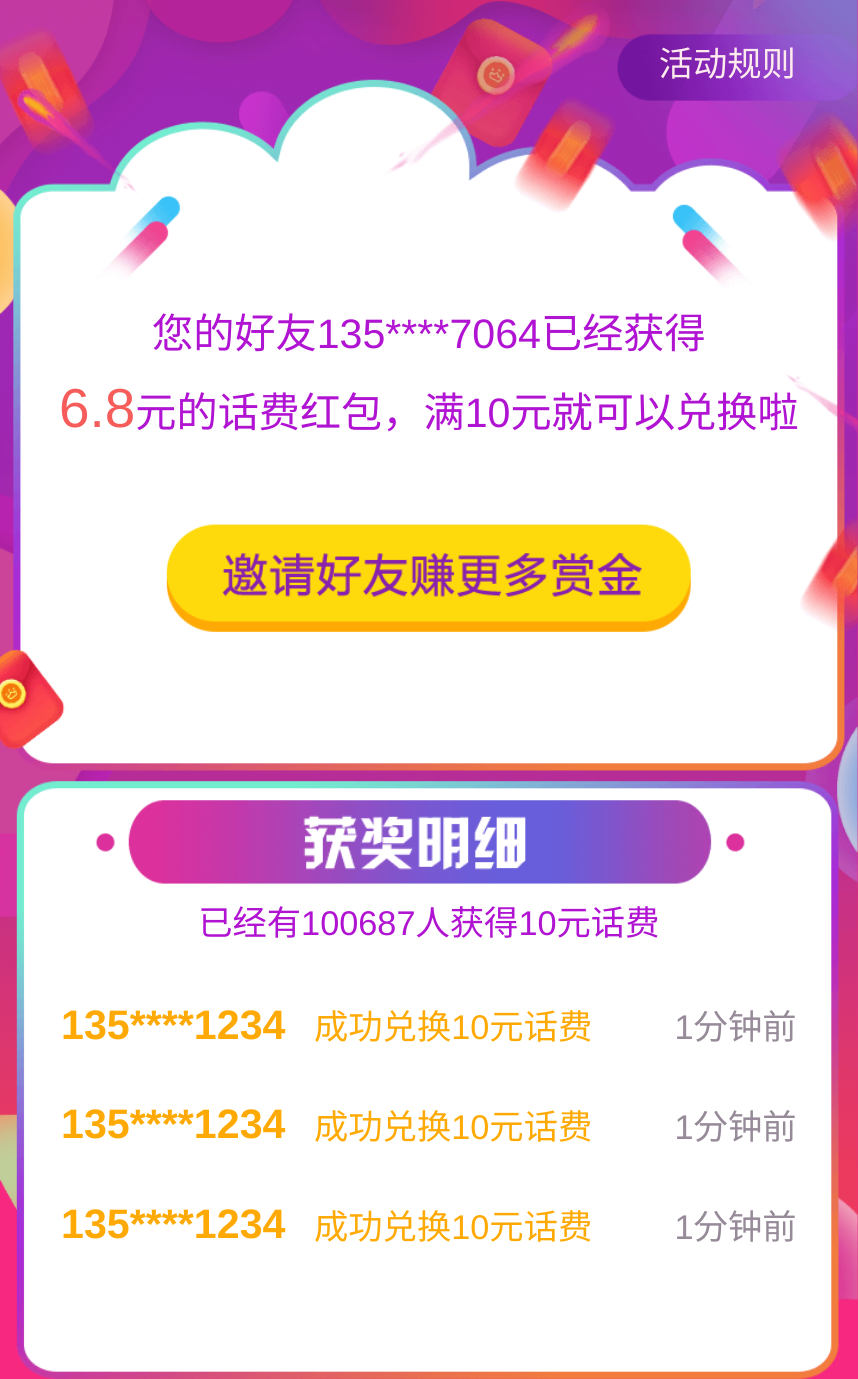
Repository: wangbiaozy/hb
Page: index_hjmx.html
These files come from the project's save history. The page is drawn as it stood at one moment and after the next save; the edit follows.
The browser window is 1280 px wide. The pictures show the whole page, at 67% of full size.

Above is the page before, as saved 2018-08-16 16:32:37.

### index_hjmx.html
<!DOCTYPE html>
<html lang="en">
<head>
    <meta charset="UTF-8">
    <meta name="viewport" content="width=device-width, initial-scale=1.0, maximum-scale=1.0, minimum-scale=1.0, user-scalable=no, viewport-fit=cover">
    <meta http-equiv="X-UA-Compatible" content="ie=edge">
    <title>Document</title>
    <link rel="stylesheet" href="css/reset.min.css">
    <link rel="stylesheet/less" href="css/styles_1.less">
    <script src="js/less-1.7.0.min.js"></script>
</head>
<body>
    <section class="main">
        <a id="rule_btn" href="javascript:void(0)">活动规则</a>
        <!-- 获奖明细页 -->
        <div class="detail">
            <p>您的好友<span>135****7064</span>已经获得<br><i>6.8</i>元的话费红包，满10元就可以兑换啦</p>
            <a href="javascript:void(0)"></a>
            <p>已经有<span>100687</span>人获得10元话费</p>
            <div>
                <ul>
                    <li>
                        <h3>135****1234</h3>
                        <p>成功兑换10元话费</p>
                        <span>1分钟前</span>
                    </li>
                    <li>
                        <h3>135****1234</h3>
                        <p>成功兑换10元话费</p>
                        <span>1分钟前</span>
                    </li>
                    <li>
                        <h3>135****1234</h3>
                        <p>成功兑换10元话费</p>
                        <span>1分钟前</span>
                    </li>
                    <li>
                        <h3>135****1234</h3>
                        <p>成功兑换10元话费</p>
                        <span>1分钟前</span>
                    </li>
                </ul>
            </div>
        </div>
    </section>

    <!-- 活动规则弹窗 -->
    <section class="rule">
        <a href="javascript:void(0)"></a>
        <ul>
            <li>1.活动期间，用户通过10086App开屏页，首页轮播图进入活动，领取10元的话费红包。自己可拆开随机金，剩余金额需分享并邀请好友帮忙拆开，每位可帮忙拆开随机金额，全部拆完即可兑换话费。</li>
            <li>2.邀请拆  红包的好友需为新注册10086App的用户，好友在活动页面输入邀请人的邀请码才能成功帮好友拆开红包，好友帮助拆开红包后同时可获得一个话费红包。</li>
            <li>3.用户需在当前红包全部拆完后，才可开启下一个红包。</li>
            <li>4.活动期间一经发现违规等恶意操作等作弊行为将取消获奖资格。</li>
            <li>5.活动期间，用户需持续下载并的登陆110086App，否则话费奖品无法发放。</li>
        </ul>
        <a href="javascript:void(0)"></a>
    </section>
    <!-- 遮罩层 -->
    <section class="mask" id="mask"></section>
</body>
</html>
<script src="js/jquery-1.10.1.min.js"></script>
<script src="js/index.js"></script>

### css/reset.min.css
@charset "utf-8";
/*默认样式清除和初始化*/
body,h1,h2,h3,h4,h5,h6,hr,p,blockquote,dl,dt,dd,ul,ol,li,button,input,textarea,th,td{margin:0;padding:0}body{font-size:12px;font-style:normal;font-family:"\5FAE\8F6F\96C5\9ED1",Helvetica,sans-serif}small{font-size:12px}h1{font-size:18px}h2{font-size:16px}h3{font-size:14px}h4,h5,h6{font-size:100%}ul,ol{list-style:none}a{text-decoration:none;background-color:transparent}a:hover,a:active{outline-width:0;text-decoration:none}table{border-collapse:collapse;border-spacing:0}hr{border:0;height:1px}img{border-style:none}img:not([src]){display:none}svg:not(:root){overflow:hidden}html{-webkit-touch-callout:none;-webkit-text-size-adjust:100%}input,textarea,button,a{-webkit-tap-highlight-color:rgba(0,0,0,0)}article,aside,details,figcaption,figure,footer,header,main,menu,nav,section,summary{display:block}audio,canvas,progress,video{display:inline-block}audio:not([controls]),video:not([controls]){display:none;height:0}progress{vertical-align:baseline}mark{background-color:#ff0;color:#000}sub,sup{position:relative;font-size:75%;line-height:0;vertical-align:baseline}sub{bottom:-0.25em}sup{top:-0.5em}button,input,select,textarea{font-size:100%;outline:0}button,input{overflow:visible}button,select{text-transform:none}textarea{overflow:auto}button,html [type="button"],[type="reset"],[type="submit"]{-webkit-appearance:button}button::-moz-focus-inner,[type="button"]::-moz-focus-inner,[type="reset"]::-moz-focus-inner,[type="submit"]::-moz-focus-inner{border-style:none;padding:0}button:-moz-focusring,[type="button"]:-moz-focusring,[type="reset"]:-moz-focusring,[type="submit"]:-moz-focusring{outline:1px dotted ButtonText}[type="checkbox"],[type="radio"]{box-sizing:border-box;padding:0}[type="number"]::-webkit-inner-spin-button,[type="number"]::-webkit-outer-spin-button{height:auto}[type="search"]{-webkit-appearance:textfield;outline-offset:-2px}[type="search"]::-webkit-search-cancel-button,[type="search"]::-webkit-search-decoration{-webkit-appearance:none}::-webkit-input-placeholder{color:inherit;opacity:.54}::-webkit-file-upload-button{-webkit-appearance:button;font:inherit}.clear:after{display:block;height:0;content:"";clear:both}
*{ -webkit-tap-highlight-color: rgba(0,0,0,0);-webkit-tap-highlight-color: transparent; /* For some Androids */ }

### js/index.js
(function (doc, win) {
    var docEl = doc.documentElement,
        resizeEvt = 'orientationchange' in window ? 'orientationchange' : 'resize',
        recalc = function () {
            var clientWidth = docEl.clientWidth;
            if (!clientWidth) return;
            docEl.style.fontSize = 100 * (clientWidth / 750) + 'px';
        };
    if (!doc.addEventListener) return;
    win.addEventListener(resizeEvt, recalc, false);
    doc.addEventListener('DOMContentLoaded', recalc, false);
})(document, window);
$(function () {

    //显示非中奖页背景
    function showFirstPageBg(){
        $('.main').removeClass('result');
    }
    //显示中奖页背景
    function showResultPageBg(){
        $('.main').addClass('result');
    }
    //显示活动规则弹窗
    $('#rule_btn').on('click',function(){
        $('.rule').show();
        showMask();
    });
    //关闭活动规则弹窗
    function hideRuleModel(){
        $('.rule').hide();
        hideMask();
    }
    $('.rule').on('click','a',function(){
        hideRuleModel();
    });
    //首页赚钱攻略按钮
    $('#gl_btn').on('click',function(){
        $('.gl').show();
        showMask();
    })
    //首页抽红包按钮
    $('#cj').on('click',function(){
        //奖品金额随机数
        var num = (Math.random()*9+1).toFixed(2);
        $('#moneyText').text(num);
        $('.result').show();
        $('.f_page').hide();
        showResultPageBg();
    });

    //显示弹窗
    function showModel(){
        $('.model').show();
        showMask();
    }

    //关闭弹窗
    $('.close').on('click',function(){
        $(this).parent().parent().hide();
        hideMask();
    });
    //显示遮罩层
    function showMask(){
        $("#mask").css("height",$(document).height());
        $("#mask").css("width",$(document).width());
        $("#mask").show();
        $('body').css('position','fixed');
    }
    //隐藏遮罩层
    function hideMask(){
        $("#mask").hide();
        $('body').css('position','unset');
    }
});

Loaded but not shown: js/less-1.7.0.min.js (library); js/jquery-1.10.1.min.js (library)

After the next save:
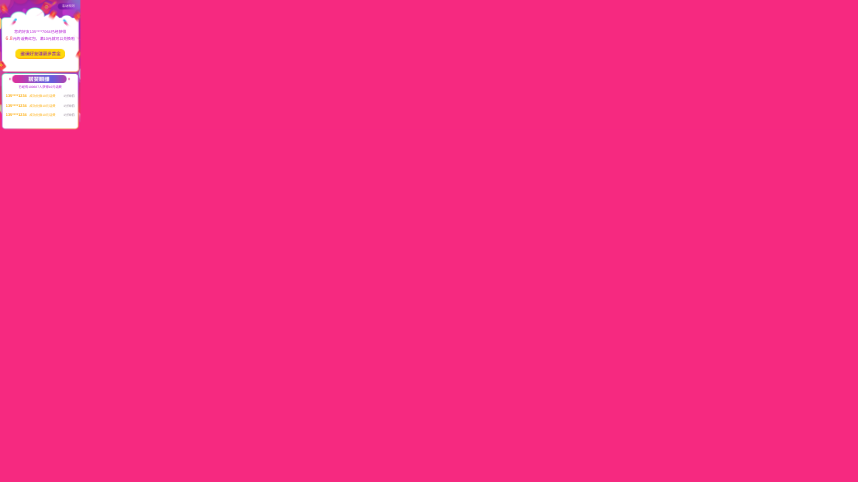
Console error: SyntaxError: Unexpected token '}'
Saved 106 s later.
--- a/js/index.js
+++ b/js/index.js
@@ -48,6 +48,21 @@
         showResultPageBg();
     });
 
+    //获奖页获奖名单滚动
+    var listPanel = $('#J_Activity ul');
+        var z = 0;
+        function up() {
+            listPanel.animate({
+                'top': (z - 35) + 'px'
+            }, 1500, 'linear', function () {
+                listPanel.css({'top': '0px'})
+                .find("li:first").appendTo(listPanel);
+                up();
+            });
+        }
+        up();
+    });
+
     //显示弹窗
     function showModel(){
         $('.model').show();

After the 2 saves that followed:
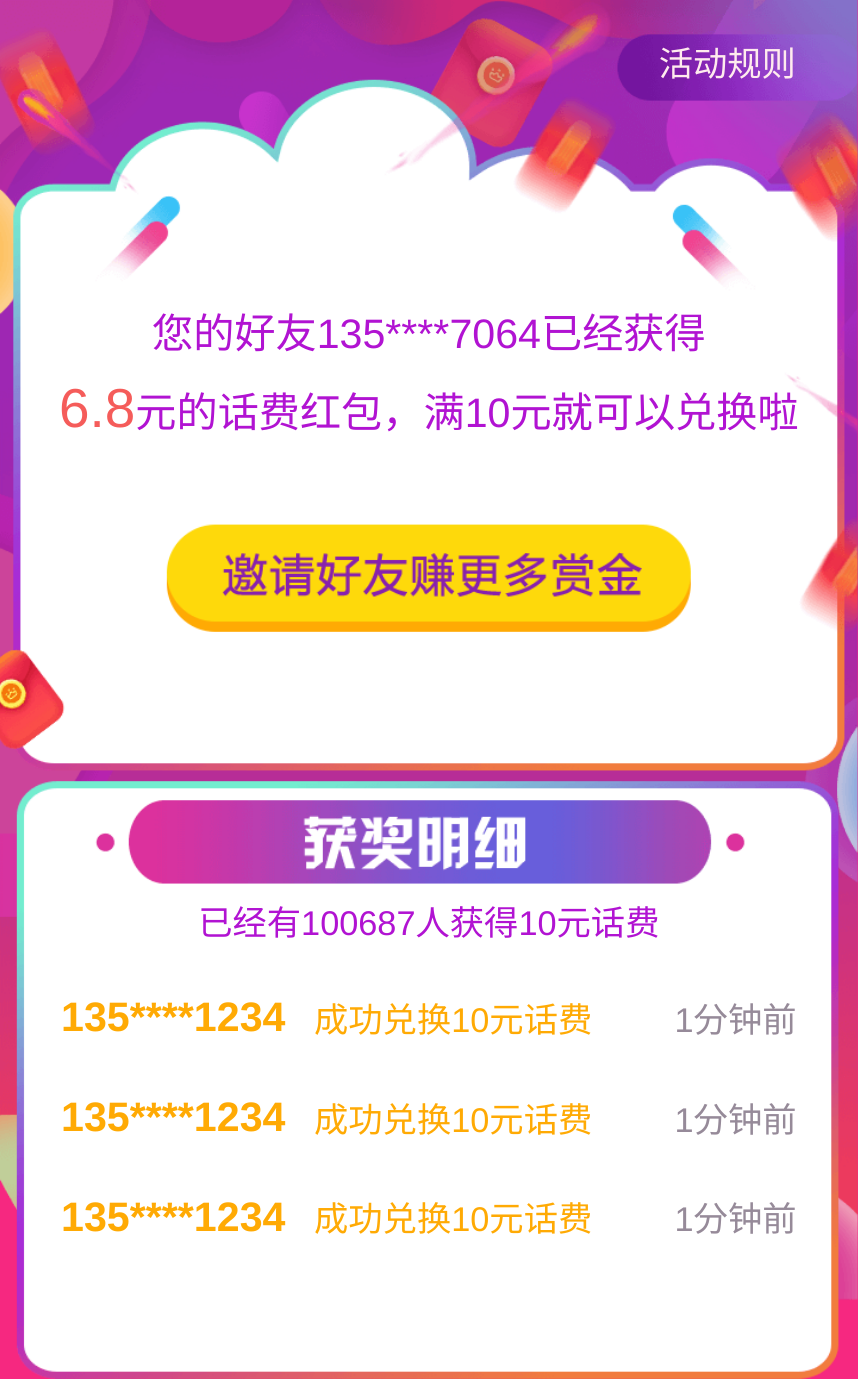
The error is gone.
The 2 saves are shown as one change because 1 left the picture as it was.
The last was saved 102 s later.
--- a/index_hjmx.html
+++ b/index_hjmx.html
@@ -17,7 +17,7 @@
             <p>您的好友<span>135****7064</span>已经获得<br><i>6.8</i>元的话费红包，满10元就可以兑换啦</p>
             <a href="javascript:void(0)"></a>
             <p>已经有<span>100687</span>人获得10元话费</p>
-            <div>
+            <div class="activity" id="J_Activity">
                 <ul>
                     <li>
                         <h3>135****1234</h3>
--- a/js/index.js
+++ b/js/index.js
@@ -50,18 +50,16 @@
 
     //获奖页获奖名单滚动
     var listPanel = $('#J_Activity ul');
-        var z = 0;
-        function up() {
-            listPanel.animate({
-                'top': (z - 35) + 'px'
-            }, 1500, 'linear', function () {
-                listPanel.css({'top': '0px'})
-                .find("li:first").appendTo(listPanel);
-                up();
-            });
-        }
-        up();
-    });
+    var z = 0;
+    function up() {
+        listPanel.animate({
+            'top': (z - 35) + 'px'
+        }, 1500, 'linear', function () {
+            listPanel.css({'top': '0px'}).find("li:first").appendTo(listPanel);
+            up();
+        });
+    }
+    up();
 
     //显示弹窗
     function showModel(){
